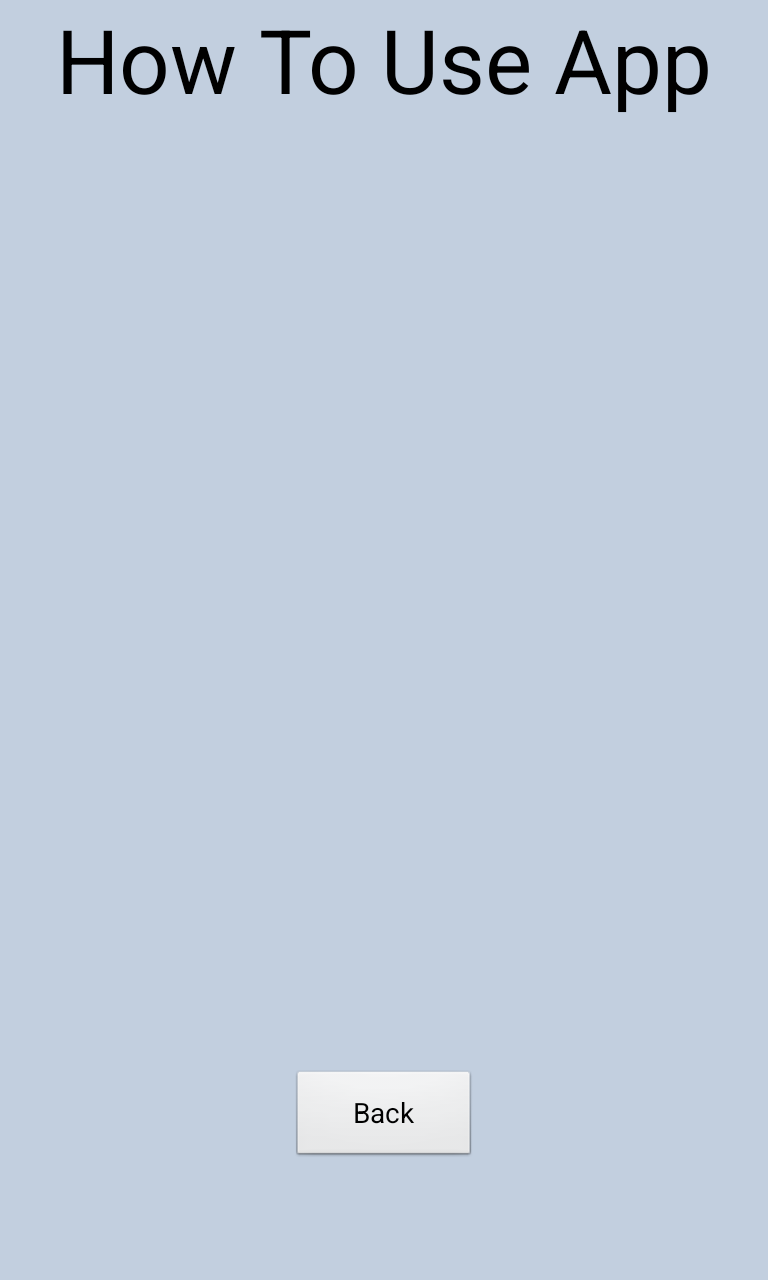
Repository: parinya1968/My-project
Layout: DroidWork/getBig/res/layout/howto.xml
The author's editor kept a copy of each file at every save. The layout is drawn from the files as they stood at one save, then again after the next save.
It is drawn on a 768 x 1280 px phone screen (xhdpi) without system bars, with theme android:Theme.NoTitleBar.Fullscreen; the app's code is not run.

Above is the layout before, as saved 2012-06-20 05:45:38.

### DroidWork/getBig/res/layout/howto.xml
<?xml version="1.0" encoding="utf-8"?>
<LinearLayout xmlns:android="http://schemas.android.com/apk/res/android"
    android:layout_width="fill_parent"
    android:layout_height="fill_parent"
    android:background="#C2CFDF"
    android:orientation="vertical" >

    <TextView
        android:layout_width="wrap_content"
        android:layout_height="wrap_content"
        android:layout_gravity="center_horizontal"
        android:text="How To Use App"
        android:textColor="#000000"
        android:textSize="20pt" />




    <TextView
        android:id="@+id/textView1"
        android:layout_width="match_parent"
        android:layout_height="475dp"
        android:layout_gravity="center"
        android:textColor="@android:color/white"
         android:text="@string/howTo"
        android:textSize="12pt" />


    <Button
        android:id="@+id/howtoBackBtn"
        android:layout_width="94dp"
        android:layout_height="wrap_content"
        android:layout_gravity="center"
        android:text="Back" />

</LinearLayout>

### DroidWork/getBig/res/values/strings.xml
<?xml version="1.0" encoding="utf-8"?>
<resources>

    <string name="hello">Hello World, GetBigActivity!</string>
    <string name="app_name">GetBig</string>
    <string name="howTo"></string>

</resources>

After the next save:
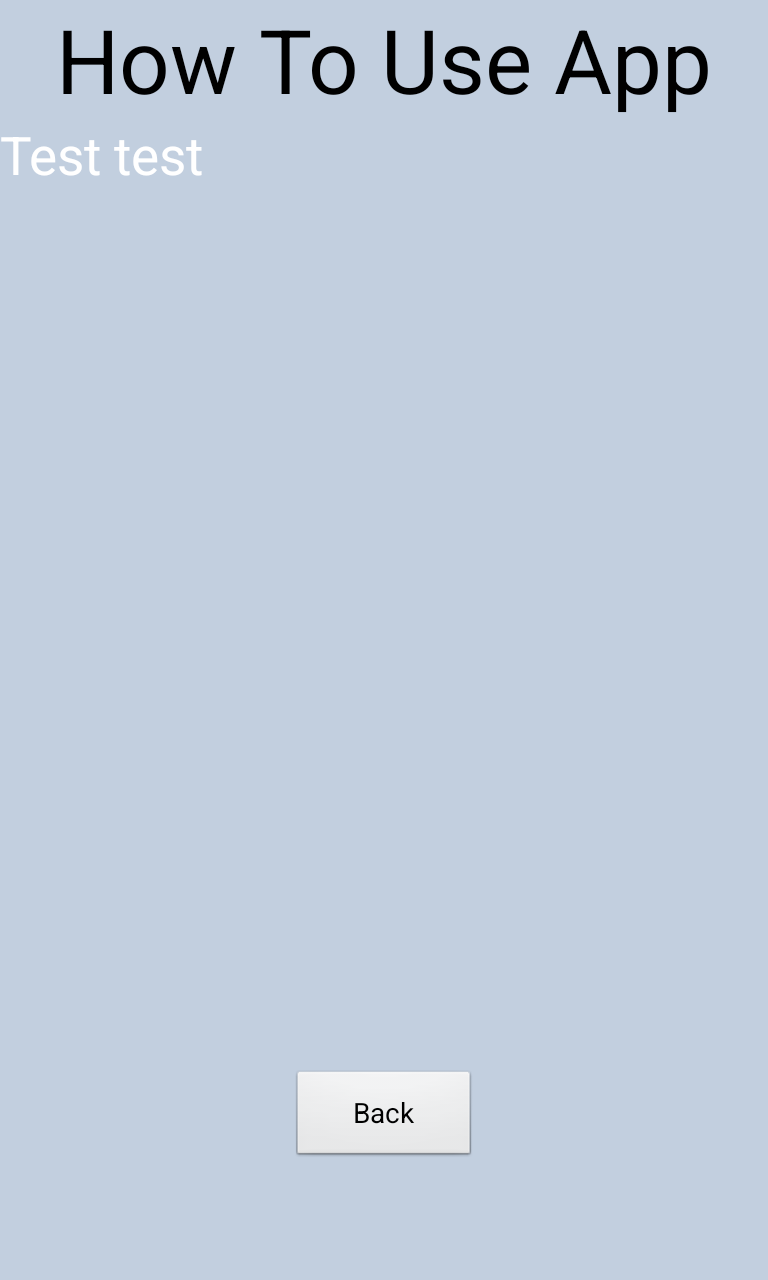
Saved 12 s later.
--- a/DroidWork/getBig/res/values/strings.xml
+++ b/DroidWork/getBig/res/values/strings.xml
@@ -3,6 +3,6 @@
 
     <string name="hello">Hello World, GetBigActivity!</string>
     <string name="app_name">GetBig</string>
-    <string name="howTo"></string>
+    <string name="howTo">Test test</string>
 
 </resources>

After the save that followed:
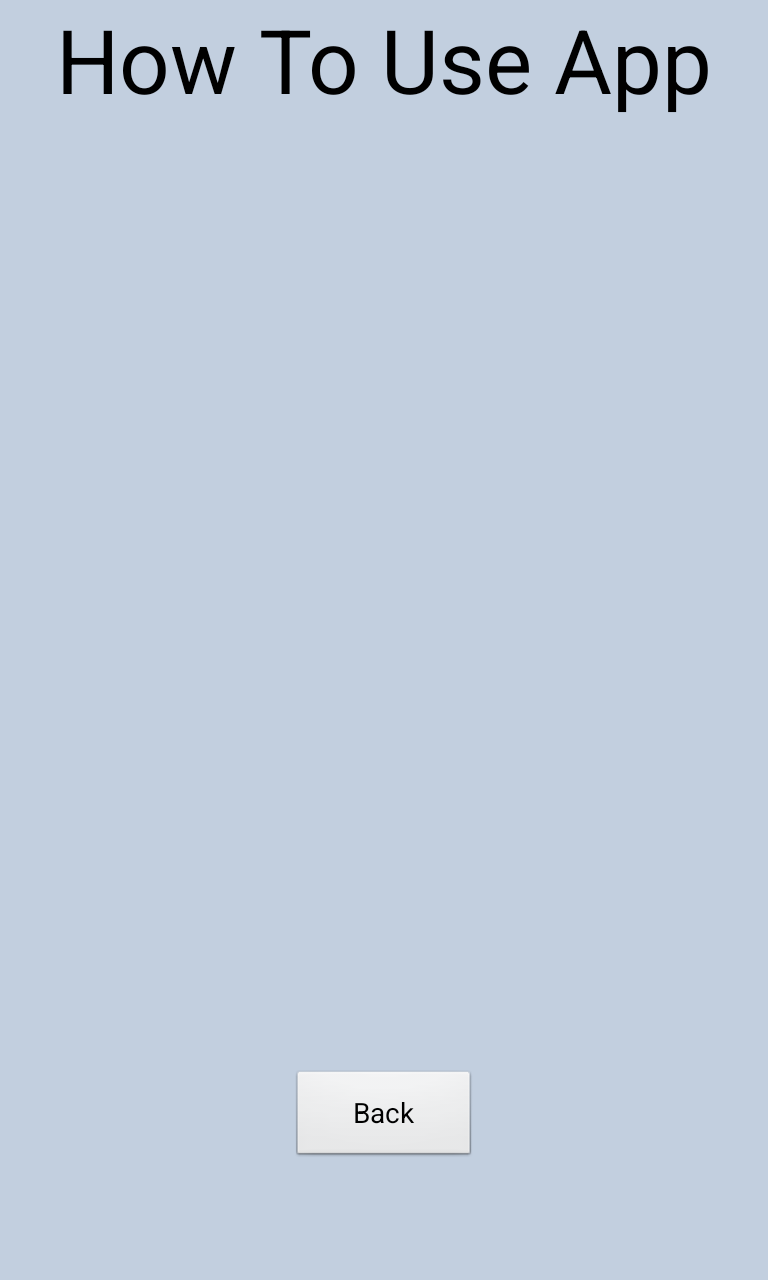
Saved 90 s later.
--- a/DroidWork/getBig/res/values/strings.xml
+++ b/DroidWork/getBig/res/values/strings.xml
@@ -3,6 +3,6 @@
 
     <string name="hello">Hello World, GetBigActivity!</string>
     <string name="app_name">GetBig</string>
-    <string name="howTo">Test test</string>
+    <string name="howTo"></string>
 
 </resources>
